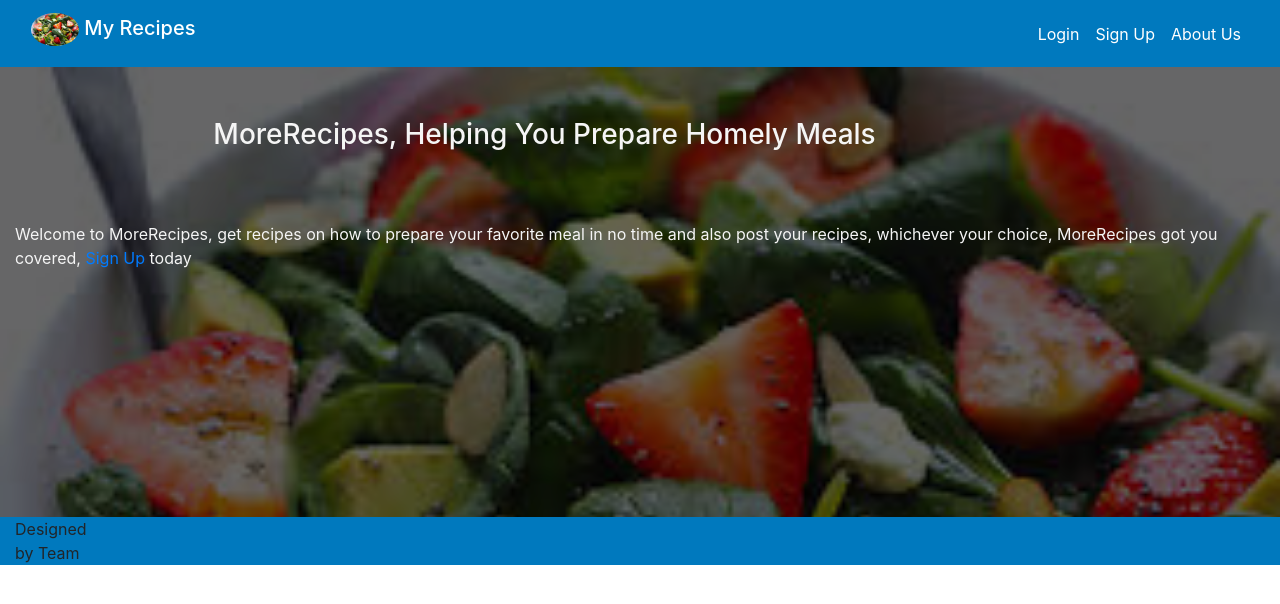
Repository: UggoPrince/more-recipes
Page: html/index.html
An editor plug-in stored every save of this project. The page is shown before and after the next save, followed by the edit.
The browser window is 1280 px wide. The pictures show the whole page.

Above is the page before, as saved 2018-07-30 07:06:29.

### html/index.html
<html lang="en">
<head>
  <meta charset="UTF-8">
  <meta name="viewport" content="width=device-width, initial-scale=1.0">
  <meta http-equiv="X-UA-Compatible" content="ie=edge">
  <link rel="stylesheet" href="https://maxcdn.bootstrapcdn.com/bootstrap/4.0.0/css/bootstrap.min.css" integrity="sha384-Gn5384xqQ1aoWXA+058RXPxPg6fy4IWvTNh0E263XmFcJlSAwiGgFAW/dAiS6JXm" crossorigin="anonymous"/>
  <style>
    main {
      background-color: rgba(0, 0, 3, 0.6);
      color: whitesmoke;
    }
    div#content {
      background-size: 100vw;
      background-repeat: no-repeat;
      background-image: url(../img/nav-image.jpg);
      background-size: cover;
      height: 450px;
      background-repeat: no-repeat;
    }
    nav {
      background-color: #0079be;
      color: white;
    }
    .nav-link {
      color: white;
    }
  </style>
  <title>My Recipes Homepage</title>
</head>
<body>
  <nav class="xnav navbar navbar-expand-lg">
    <div class="container-fluid">
      <h3 style="color: white;" class="navbar-brand">
        <img class="rounded-circle" src="../img/nav-image.jpg" style="width: 48px;" alt="logo"/>
        My Recipes
      </h3>
      <button class="navbar-toggler" type="button" data-toggle="collapse" aria-controls="navDropdown" aria-expanded="false" aria-label="Toggle Navigation" data-target="#navDropdown" >
        <span class="navbar-toggler-icon"></span>
      </button>
      <div class="collapse navbar-collapse justify-content-end brand-anchor" id="navDropdown">
        <ul class="navbar-nav">
          <li class="nav-item">
            <a class="nav-link" href="login.html">Login</a>
          </li>
          <li class="nav-item">
            <a class="nav-link" href="signup.html">Sign Up</a>
          </li>
          <li class="nav-item">
            <a class="nav-link" href="about.html">About Us</a>
          </li>
        </ul>
      </div>
    </div>
  </nav>
  <div id="content">
    <main class="container-fluid">
      <div class="row">
        <div class="offset-2 col-8;" style="margin-top: 4%;">
            <h3>MoreRecipes, Helping You Prepare Homely Meals</h3>
        </div>
      </div>
      <div style="padding-top: 5%; padding-bottom: 20%">
          Welcome to MoreRecipes, get recipes on how to prepare your favorite meal in no time and also post your recipes, whichever your choice, MoreRecipes got you covered, <a href="signup.html">Sign Up</a> today
      </div>

    </main>
  </div>
  <footer class="container-fluid" style="background-color: #0079be;">
    <div class="row">
      <div class="col-1">Designed by Team</div>
    </div>
  </footer>
</body>
</html>

After the next save:
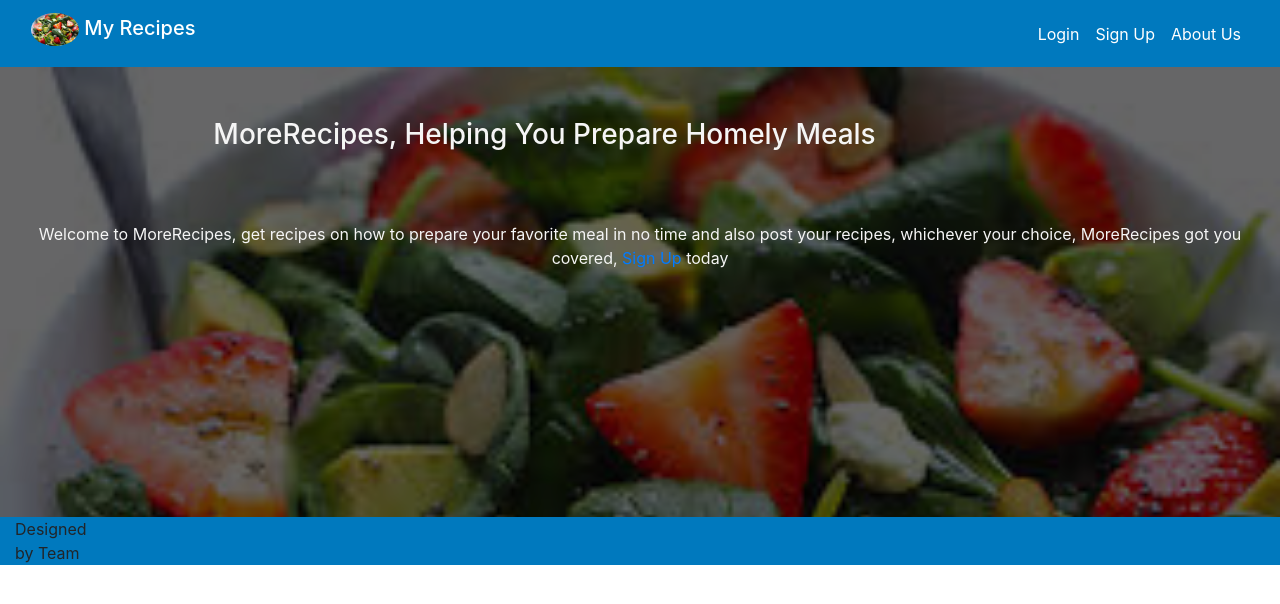
Saved 57 s later.
--- a/html/index.html
+++ b/html/index.html
@@ -59,10 +59,11 @@
             <h3>MoreRecipes, Helping You Prepare Homely Meals</h3>
         </div>
       </div>
-      <div style="padding-top: 5%; padding-bottom: 20%">
+      <center>
+        <div style="padding-top: 5%; padding-bottom: 20%">
           Welcome to MoreRecipes, get recipes on how to prepare your favorite meal in no time and also post your recipes, whichever your choice, MoreRecipes got you covered, <a href="signup.html">Sign Up</a> today
-      </div>
-
+        </div>
+      </center>
     </main>
   </div>
   <footer class="container-fluid" style="background-color: #0079be;">
